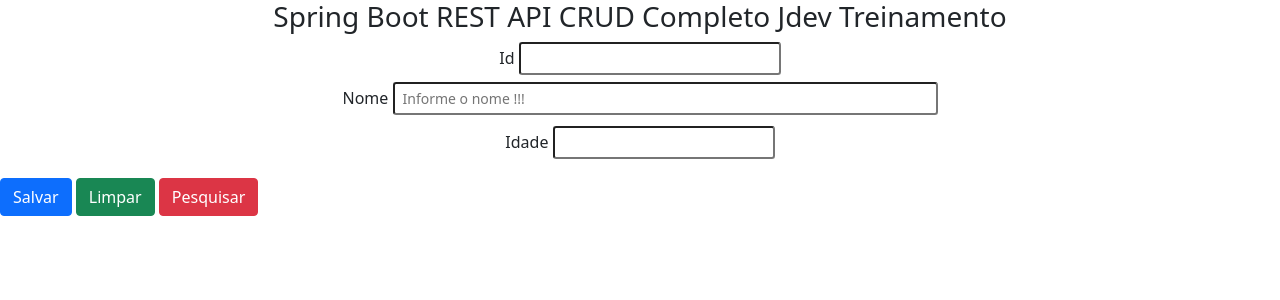
Repository: isaquelimaof/REST-API-SpringBoot
Page: springboot-rest-api-sample/src/main/resources/static/index.html
These files come from the project's save history. The page is drawn as it stood at one moment and after the next save; the edit follows.
The browser window is 1280 px wide. The pictures show the whole page.

Above is the page before, as saved 2022-05-05 18:05:08.

After the next save:
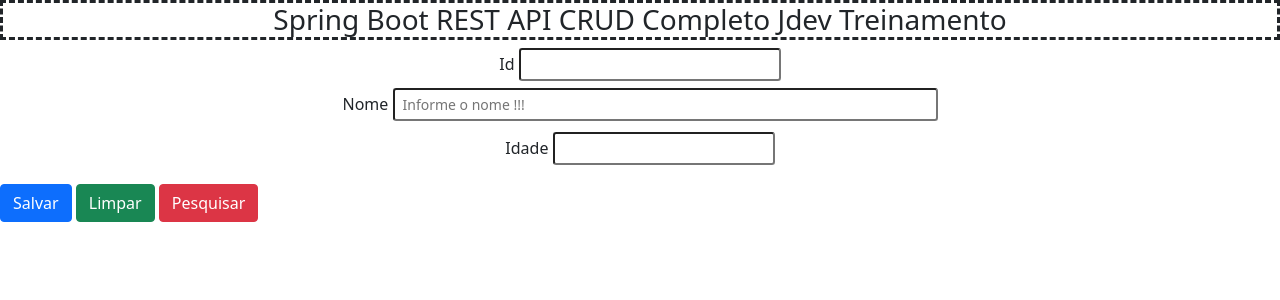
Saved 5 s later.
--- a/springboot-rest-api-sample/src/main/resources/static/css.css
+++ b/springboot-rest-api-sample/src/main/resources/static/css.css
@@ -18,5 +18,5 @@
 	text-align: center;
 }
 h3 {
-	border-style: hidden;
+	border-style: dashed;
 	}
